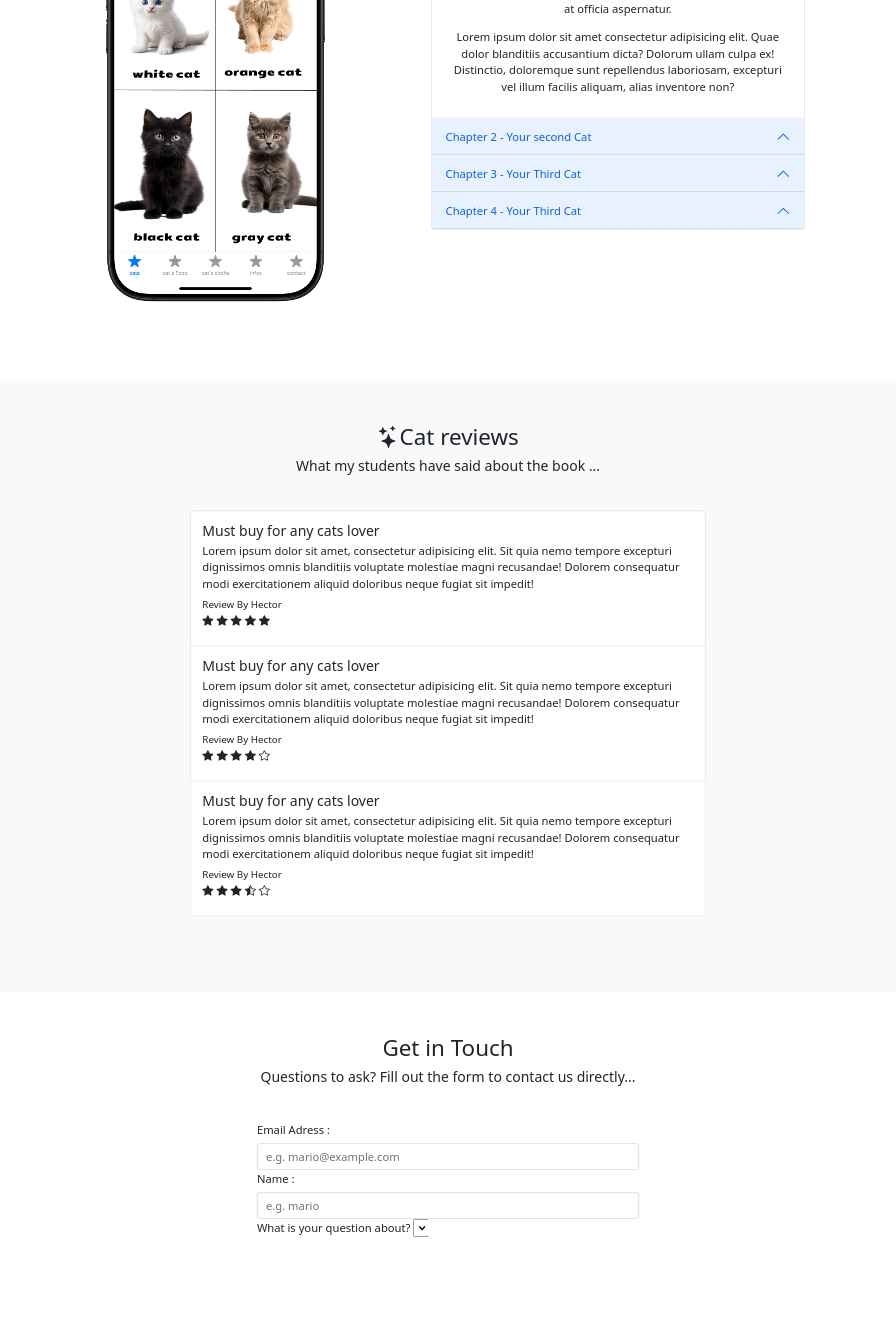
Repository: rihebtlh/catty-storefront
Page: index.html
The author's editor kept a copy of each file at every save. The page is drawn from the files as they stood at one save, then again after a run of saves.
The browser window is 1280 px wide. The pictures show the part of the page from y = 1915 to 3835 px (the page is 3798 px tall before and 3835 px after), at 70% of full size.

Above is the page before, as saved 2025-06-18 16:55:19.

### index.html
<!DOCTYPE html>
<html lang="en">
<head>
  <meta charset="UTF-8" />
  <meta name="viewport" content="width=device-width, initial-scale=1.0" />
  <link
    href="https://cdn.jsdelivr.net/npm/bootstrap@5.0.2/dist/css/bootstrap.min.css"
    rel="stylesheet"
    integrity="sha384-EVSTQN3/azprG1Anm3QDgpJLIm9Nao0Yz1ztcQTwFspd3yD65VohhpuuCOmLASjC"
    crossorigin="anonymous"
  />
  <link rel="stylesheet" href="https://cdn.jsdelivr.net/npm/bootstrap-icons@1.13.1/font/bootstrap-icons.min.css">
  <title>Catty</title>
  <style>
    section {
      padding: 60px 0;
    }
  </style>
</head>
<body>
  <!-- Navbar -->
    <nav class="navbar navbar-expand-md navbar-light bg-light">
        <div class="container-xxl">
            <a href="#intro" class="navbar-brand">
                <span class="fw-bold text-secondary">Catty - find your cat</span>
            </a>
      <!-- Toggle button -->
            <button
                class="navbar-toggler"
                type="button"
                data-bs-toggle="collapse"
                data-bs-target="#main-nav"
                aria-controls="main-nav"
                aria-expanded="false"
                aria-label="Toggle navigation">
                <span class="navbar-toggler-icon"></span>
            </button>
      <!-- Navbar links -->
            <div class="collapse navbar-collapse justify-content-end align-center" id="main-nav">
                <ul class="navbar-nav">
                <li class="nav-item">
                    <a class="nav-link" href="#topics">About</a>
                </li>
                <li class="nav-item">
                    <a class="nav-link" href="#reviews">Reviews</a>
                </li>
                <li class="nav-item">
                    <a class="nav-link" href="#contact">Get in Touch</a>
                </li>
                <li class="nav-item d-md-none">
                    <a class="nav-link" href="#pricing">Pricing</a>
                </li>
                <li class="nav-item ms-2 d-none d-md-inline">
                    <a class="btn btn-secondary" href="#pricing">Get it Now</a>
                </li>
                </ul>
            </div>
        </div>
    </nav>

  <!-- Main image & intro text -->
  <section id="intro">
    <div class="container-lg">
      <div class="row justify-content-center align-items-center">
        <div class="col-md-5 text-center text-md-start">
          <h1>
            <div class="display-2">Catty</div>
            <div class="display-5 text-muted">Where every kitty feels at home</div>
          </h1>
          <p class="lead my-4 text-muted">
            Lorem ipsum dolor sit amet consectetur adipisicing elit.
          </p>
          <a href="#pricing" class="btn btn-secondary btn-lg">Get your cat Now!</a>
        </div>
        <div class="col-md-5 text-center d-none d-md-block">
          <img class="img-fluid" src="/assets/catLogo.webp" alt="cat" />
        </div>
      </div>
    </div>
  </section>

    <!-- pricing plans -->
    <!-- pricing plans -->
  <section id="pricing" class="bg-light mt-5">
    <div class="container-lg">
      <div class="text-center">
        <h2>Pricing Plans</h2>
        <p class="lead text-muted">Choose a pricing plan to suit you.</p>
      </div>

      <div class="row my-5 g-0 align-items-center justify-content-center"> <!--g-0 is for the gap so this one there's no gap-->
        <div class="col-8 col-lg-4 col-xl-3">
          <div class="card border-0">
            <div class="card-body text-center py-4">
              <h4 class="card-title">Starter Edition</h4>
              <p class="lead card-subtitle">eBook download only</p>
              <p class="display-5 my-4 text-primary fw-bold">$12.99</p>
              <p class="card-text mx-5 text-muted d-none d-lg-block">Lorem ipsum dolor sit amet consectetur adipisicing elit. Mollitia, vitae magni! Repellat commodi a fuga corporis saepe dolorum.</p>
              <a href="#" class="btn btn-outline-primary btn-lg mt-3">
                Buy Now
              </a>
            </div>
          </div>
        </div>

        <div class="col-9 col-lg-4">
          <div class="card border-primary border-2">
            <div class="card-header text-center text-primary">Most Popular</div>
            <div class="card-body text-center py-5">
              <h4 class="card-title">Complete Edition</h4>
              <p class="lead card-subtitle">eBook download & all updates</p>
              <p class="display-4 my-4 text-primary fw-bold">$18.99</p>
              <p class="card-text mx-5 text-muted d-none d-lg-block">Lorem ipsum dolor sit amet consectetur adipisicing elit. Mollitia, vitae magni! Repellat commodi a fuga corporis saepe dolorum.</p>
              <a href="#" class="btn btn-outline-primary btn-lg mt-3">
                Buy Now
              </a>
            </div>
          </div>
        </div>

        <div class="col-8 col-lg-4 col-xl-3">
          <div class="card border-0">
            <div class="card-body text-center py-4">
              <h4 class="card-title">Ultimate Edition</h4>
              <p class="lead card-subtitle">download, updates & extras</p>
              <p class="display-5 my-4 text-primary fw-bold">$24.99</p>
              <p class="card-text mx-5 text-muted d-none d-lg-block">Lorem ipsum dolor sit amet consectetur adipisicing elit. Mollitia, vitae magni! Repellat commodi a fuga corporis saepe dolorum.</p>
              <a href="#" class="btn btn-outline-primary btn-lg mt-3">
                Buy Now
              </a>
            </div>
          </div>
        </div>
      </div>
    </div><!-- end container -->
  </section>

    <!-- topics at a glance -->
     <section class="topics">
      <div class="container-md"> <!--100% width until meduim screens qt thispoint it will get everything at the middle-->
        <div class="text-center">
          <h2>Inside the book...</h2>
          <p class="lead text-muted">
            A quick glance at the topics you'll learn
          </p>
          <div class="row my-5 g-5 justify-content-around align-items-center">
            <div class="col-6 col-lg-4">
              <img src="/assets/phone.png" class="img-fluid" alt="ebook">
            </div>
            <div class="col-lg-6">
            <!-- accordion 1-->
            <div class="accordion" id="chapters">
              <div class="accordion-item">
                <h2 class="accordion-header" id="heading-1">
                  <button class="accordion-button" type="button" data-bs-toggle="collapse" data-bs-target="#chapter-1" aria-expanded="true" aria-controls="chapter-1">
                    Chapter 1 - Your First Cat
                  </button>
                </h2>
                <div id="chapter-1" class="accordion-collapse collapse show" aria-labelledby="heading-1" data-bs-parent="#chapters">
                  <div class="accordion-body">
                    <p>Lorem, ipsum dolor sit amet consectetur adipisicing elit. Esse modi, repellat excepturi ducimus et provident dolorum incidunt at officia aspernatur.</p>
                    <p>Lorem ipsum dolor sit amet consectetur adipisicing elit. Quae dolor blanditiis accusantium dicta? Dolorum ullam culpa ex! Distinctio, doloremque sunt repellendus laboriosam, excepturi vel illum facilis aliquam, alias inventore non?</p>

                  </div>
                </div>
              </div>
              <!-- accordion 2-->
              <div class="accordion-item">
                <h2 class="accordion-header" id="heading-2">
                  <button class="accordion-button" type="button" data-bs-toggle="collapse" data-bs-target="#chapter-2" aria-expanded="true" aria-controls="chapter-2">
                    Chapter 2 - Your second Cat
                  </button>
                </h2>
                <div id="chapter-2" class="accordion-collapse collapse" aria-labelledby="heading-2" data-bs-parent="#chapters">
                  <div class="accordion-body">
                    <p>Lorem, ipsum dolor sit amet consectetur adipisicing elit. Esse modi, repellat excepturi ducimus et provident dolorum incidunt at officia aspernatur.</p>
                    <p>Lorem ipsum dolor sit amet consectetur adipisicing elit. Quae dolor blanditiis accusantium dicta? Dolorum ullam culpa ex! Distinctio, doloremque sunt repellendus laboriosam, excepturi vel illum facilis aliquam, alias inventore non?</p>
                  </div>
                </div>
              </div>

              <!-- accordion 3-->
              <div class="accordion-item">
                <h2 class="accordion-header" id="heading-3">
                  <button class="accordion-button" type="button" data-bs-toggle="collapse" data-bs-target="#chapter-3" aria-expanded="true" aria-controls="chapter-3">
                    Chapter 3 - Your Third Cat
                  </button>
                </h2>
                <div id="chapter-3" class="accordion-collapse collapse" aria-labelledby="heading-3" data-bs-parent="#chapters">
                  <div class="accordion-body">
                    <p>Lorem, ipsum dolor sit amet consectetur adipisicing elit. Esse modi, repellat excepturi ducimus et provident dolorum incidunt at officia aspernatur.</p>
                    <p>Lorem ipsum dolor sit amet consectetur adipisicing elit. Quae dolor blanditiis accusantium dicta? Dolorum ullam culpa ex! Distinctio, doloremque sunt repellendus laboriosam, excepturi vel illum facilis aliquam, alias inventore non?</p>
                  </div>
                </div>
              </div>

              <!-- accordion 4-->
              <div class="accordion-item">
                <h2 class="accordion-header" id="heading-4">
                  <button class="accordion-button" type="button" data-bs-toggle="collapse" data-bs-target="#chapter-4" aria-expanded="true" aria-controls="chapter-4">
                    Chapter 4 - Your Third Cat
                  </button>
                </h2>
                <div id="chapter-4" class="accordion-collapse collapse" aria-labelledby="heading-4" data-bs-parent="#chapters">
                  <div class="accordion-body">
                    <p>Lorem, ipsum dolor sit amet consectetur adipisicing elit. Esse modi, repellat excepturi ducimus et provident dolorum incidunt at officia aspernatur.</p>
                    <p>Lorem ipsum dolor sit amet consectetur adipisicing elit. Quae dolor blanditiis accusantium dicta? Dolorum ullam culpa ex! Distinctio, doloremque sunt repellendus laboriosam, excepturi vel illum facilis aliquam, alias inventore non?</p>
                  </div>
                </div>
              </div>
              </div>

            </div>

          </div><!--around: spred around any free space (all the gaps are equal)-->
        </div>
      </div>
     </section>



    <!-- reviews list -->
    <section class="bg-light" id="reviews">
      <div class="container-lg">
        <div class="text-center">
          <h2><i class="bi bi-stars"></i>Cat reviews</h2>
          <p class="lead">What my students have said about the book ...</p>
        </div>
        <div class="row justify-content-center my-5">
          <div class="col-lg-8">
            <div class="list-group">
              <div class="list-group-item py-3">
                <h5 class="mb-1">Must buy for any cats lover</h5>
                <p class="mb-1">Lorem ipsum dolor sit amet, consectetur adipisicing elit. Sit quia nemo tempore excepturi dignissimos omnis blanditiis voluptate molestiae magni recusandae! Dolorem consequatur modi exercitationem aliquid doloribus neque fugiat sit impedit!</p>
                <small>Review By Hector</small>
                <div class="pb-2">
                  <i class="bi bi-star-fill"></i>
                  <i class="bi bi-star-fill"></i>
                  <i class="bi bi-star-fill"></i>
                  <i class="bi bi-star-fill"></i>
                  <i class="bi bi-star-fill"></i>
                </div>
              </div>
              <div class="list-group-item py-3">
                <h5 class="mb-1">Must buy for any cats lover</h5>
                <p class="mb-1">Lorem ipsum dolor sit amet, consectetur adipisicing elit. Sit quia nemo tempore excepturi dignissimos omnis blanditiis voluptate molestiae magni recusandae! Dolorem consequatur modi exercitationem aliquid doloribus neque fugiat sit impedit!</p>
                <small>Review By Hector</small>
                <div class="pb-2">
                  <i class="bi bi-star-fill"></i>
                  <i class="bi bi-star-fill"></i>
                  <i class="bi bi-star-fill"></i>
                  <i class="bi bi-star-fill"></i>
                  <i class="bi bi-star"></i>
                </div>
              </div>
              <div class="list-group-item py-3">
                <h5 class="mb-1">Must buy for any cats lover</h5>
                <p class="mb-1">Lorem ipsum dolor sit amet, consectetur adipisicing elit. Sit quia nemo tempore excepturi dignissimos omnis blanditiis voluptate molestiae magni recusandae! Dolorem consequatur modi exercitationem aliquid doloribus neque fugiat sit impedit!</p>
                <small>Review By Hector</small>
                <div class="pb-2">
                  <i class="bi bi-star-fill"></i>
                  <i class="bi bi-star-fill"></i>
                  <i class="bi bi-star-fill"></i>
                  <i class="bi bi-star-half"></i>
                  <i class="bi bi-star"></i>
                </div>
              </div>
            </div>
          </div>
        </div>
      </div>
    </section>
    <!-- contact form -->
    <!-- form-control, form-label, form-select, input-group-text -->
    <section id="contact">
      <div class="container-lg">
        <div class="text-center">
          <h2>Get in Touch</h2>
          <p class="lead">Questions to ask? Fill out the form to contact us directly...</p>
        </div>

        <div class="row justify-content-center my-5">
          <div class="col-lg-6">
            <form>
              <label for="email" class="form-label">Email Adress : </label>
              <input type="email" class="form-control" id="email" placeholder="e.g. mario@example.com">

              <label for="name" class="form-label">Name : </label>
              <input type="text" class="form-control" id="name" placeholder="e.g. mario">

              <label for="subject" class="form-label">What is your question about?</label>
              <select name="" id=""></select>
            </form>
          </div>
        </div>
      </div>
    </section>
    <!-- get updates / modal trigger -->

  <!-- Bootstrap JS -->
  <script
    src="https://cdn.jsdelivr.net/npm/bootstrap@5.0.2/dist/js/bootstrap.bundle.min.js"
    integrity="sha384-MrcW6ZMFYlzcLA8Nl+NtUVF0sA7MsXsP1UyJoMp4YLEuNSfAP+JcXn/tWtIaxVXM"
    crossorigin="anonymous"
  ></script>
</body>
</html>

After the next 4 saves:
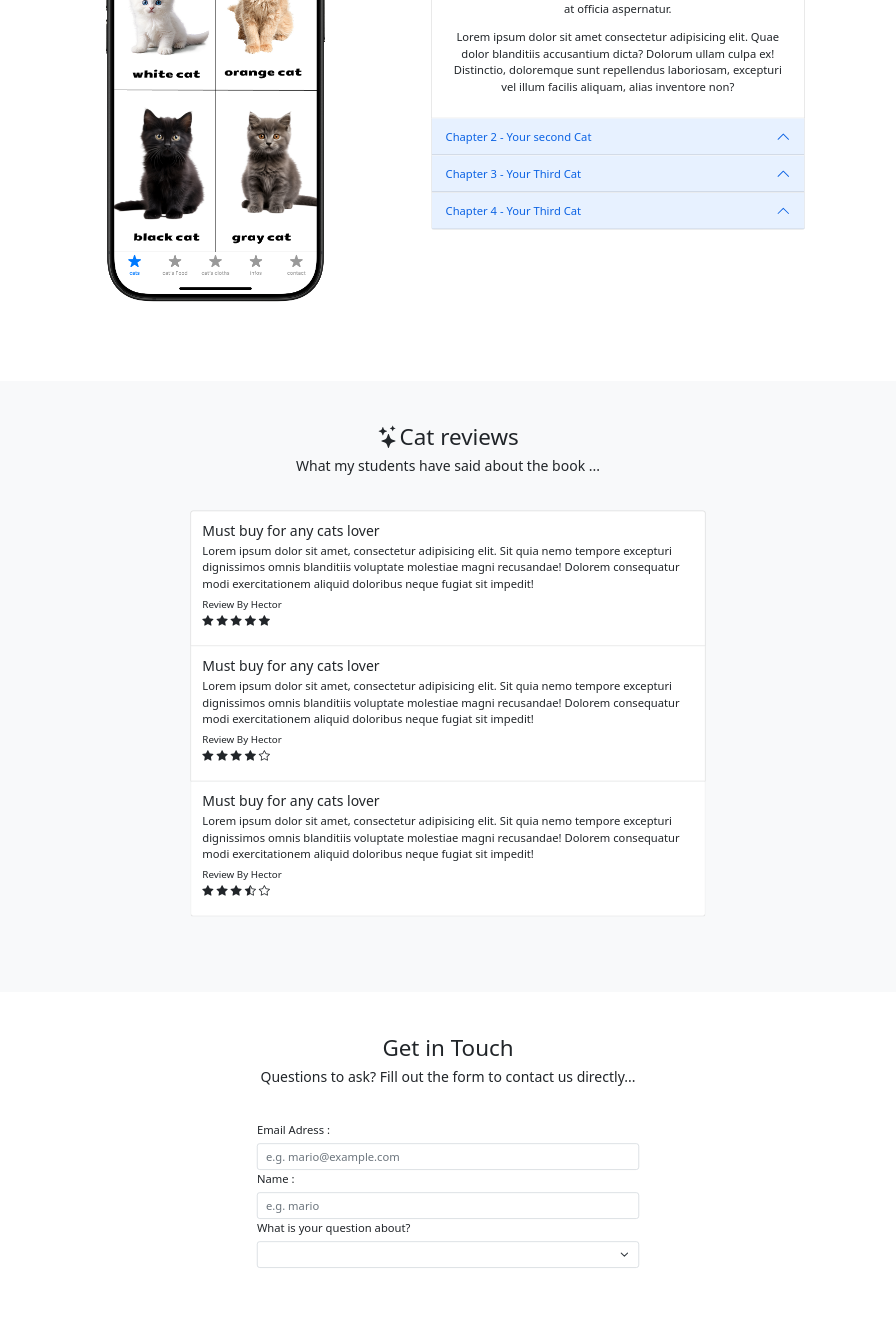
The 4 saves are shown as one change because they came seconds apart.
The last was saved 18 s later.
--- a/index.html
+++ b/index.html
@@ -289,7 +289,7 @@
               <input type="text" class="form-control" id="name" placeholder="e.g. mario">
 
               <label for="subject" class="form-label">What is your question about?</label>
-              <select name="" id=""></select>
+              <select class="form-select" id=""></select>
             </form>
           </div>
         </div>
